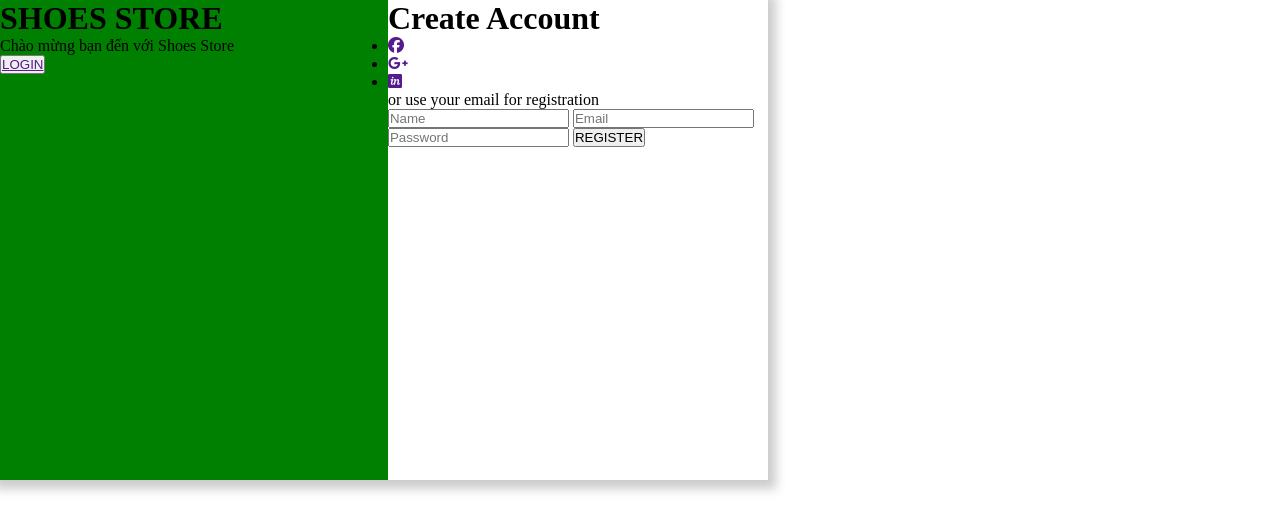
Repository: levananh202ht/Shoes-Store
Page: FondEnd/Styles/Register.html
These files come from the project's save history. The page is drawn as it stood at one moment and after the next save; the edit follows.
The browser window is 1280 px wide. The pictures show the whole page.

Above is the page before, as saved 2023-12-23 03:32:04.

After the next save:
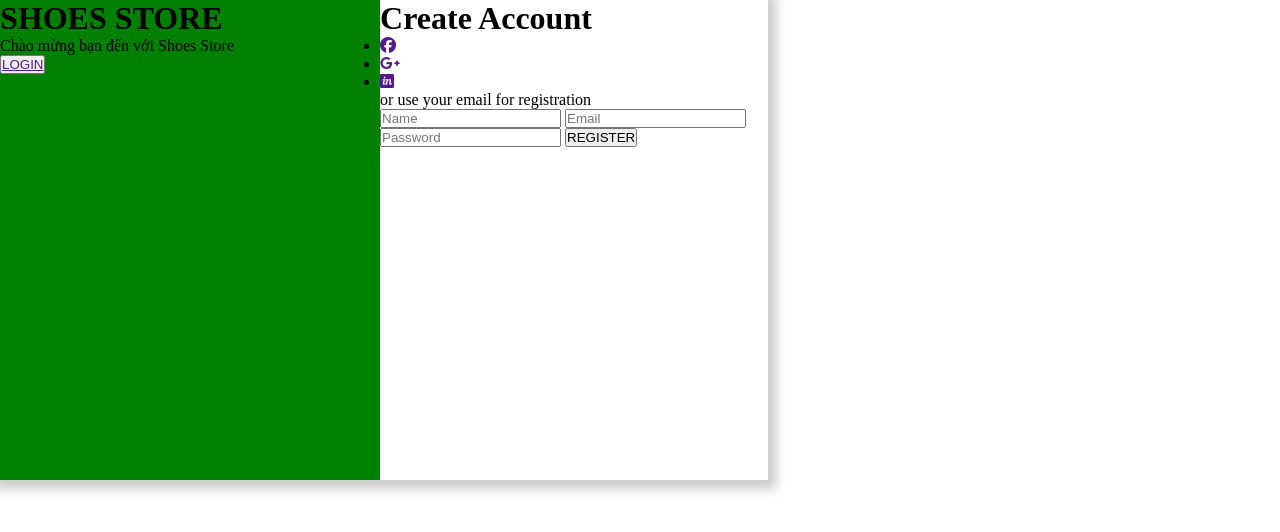
Saved 42 s later.
--- a/FondEnd/Styles/Register.css
+++ b/FondEnd/Styles/Register.css
@@ -17,5 +17,5 @@ body{
 }
 .container .container_title {
     background: green;
-    width: 50vw;
+    width: 48vw;
 }
